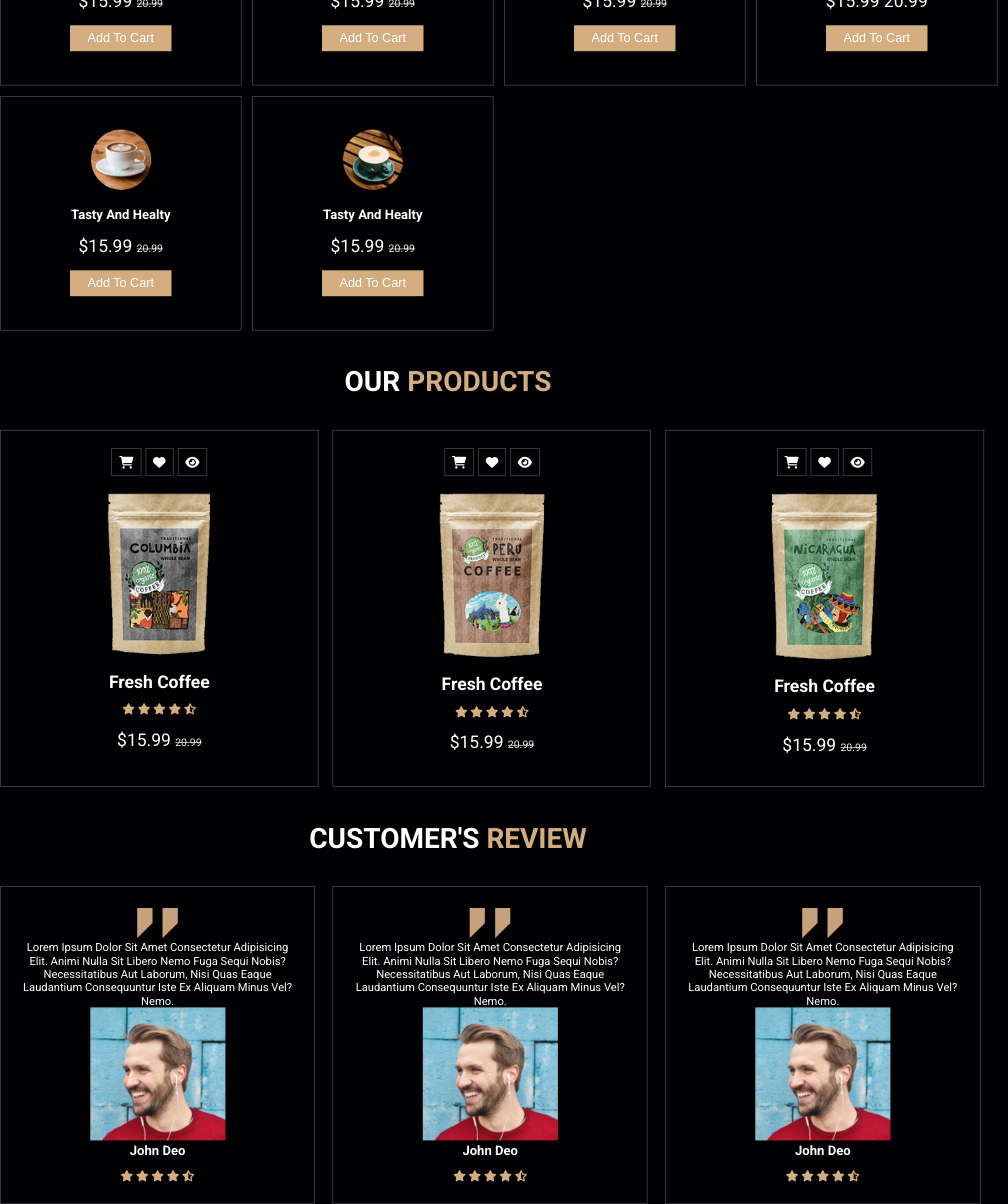
Repository: Dinhthai303/DinhThai
Page: index.html
An editor plug-in stored every save of this project. The page is shown before and after the next save, followed by the edit.
The browser window is 1280 px wide. The page is 1440 px wide, so the pictures cover 1440 px, including what lies to the right of the window. The pictures show the part of the page from y = 1953 to 3673 px (the page is 3673 px tall), at 70% of full size.

Above is the page before, as saved 2021-11-28 01:14:17.

### index.html
<!DOCTYPE html>
<html lang="en">

<head>
    <meta charset="UTF-8">
    <meta http-equiv="X-UA-Compatible" content="IE=edge">
    <meta name="viewport" content="width=device-width, initial-scale=1.0">
    <title>Document</title>
    <!-- FONT AWESOME -->
    <link rel="stylesheet" href="https://cdnjs.cloudflare.com/ajax/libs/font-awesome/6.0.0-beta3/css/all.min.css"
        integrity="sha512-Fo3rlrZj/k7ujTnHg4CGR2D7kSs0v4LLanw2qksYuRlEzO+tcaEPQogQ0KaoGN26/zrn20ImR1DfuLWnOo7aBA=="
        crossorigin="anonymous" referrerpolicy="no-referrer" />
    <!-- GOOLE FONT -->
    <link rel="preconnect" href="https://fonts.googleapis.com">
    <link rel="preconnect" href="https://fonts.gstatic.com" crossorigin>
    <link href="https://fonts.googleapis.com/css2?family=Roboto:wght@300;400;500;700&display=swap" rel="stylesheet">
    <!-- MAIN CSS -->
    <link rel="stylesheet" href="./css/style.css">
</head>

<body>
    <header class="header">
        <div class="container">
            <div class="header__content">
                <div class="header__logo">
                    <img src="./images/logo.png" alt="">
                </div>
                <ul class="header__menu">
                    <li class="header__item"><a class="header__link" href="#">Home</a></li>
                    <li class="header__item"><a class="header__link" href="#">About</a></li>
                    <li class="header__item"><a class="header__link" href="#">Menu</a></li>
                    <li class="header__item"><a class="header__link" href="#">Product</a></li>
                    <li class="header__item"><a class="header__link" href="#">Review</a></li>
                    <li class="header__item"><a class="header__link" href="#">Contact</a></li>
                    <li class="header__item"><a class="header__link" href="#">Blog</a></li>
                </ul>
                <div class="header__icon">
                    <i class="fa fa-search"></i>
                    <i class="fa fa-shopping-cart"></i>
                </div>
            </div>
        </div>
    </header>
    <section class="banner">
        <div class="banner__content">
            <img class="banner__image" src="./images/home-img.jpeg" alt="">
            <div class="banner__text">
                <h3 class="banner__title">FRESH COFFEE IN THE MORNING</h3>
                <p class="banner__desc">Lorem Ipsum, Dolor Sit Amet Consectetur Adipisicing Elit. Placeat Labore, Sint
                    Cupiditate Distinctio Tempora Reiciendis.</p>
                <button class="btn">Get Your now</button>
            </div>
        </div>
    </section>
    <section class="about">
        <h2 class="heading">About <span>us</span></h2>
        <div class="container">
            <div class="about__content">
                <div class="about__left">
                    <img class="about__image" src="./images/about-img.jpeg" alt="">
                </div>
                <div class="about__right">
                    <div class="about__text">
                        <h2 class="about__title">What Makes Our Coffee Special?</h2>
                        <p class="about__desc">Lorem Ipsum Dolor Sit Amet Consectetur Adipisicing Elit. Voluptatibus Qui
                            Ea Ullam, Enim Tempora Ipsum Fuga Alias Quae Ratione A Officiis Id Temporibus Autem? Quod
                            Nemo Facilis Cupiditate. Ex, Vel?</p>
                        <p class="about__desc">Lorem Ipsum Dolor Sit Amet Consectetur, Adipisicing Elit. Odit Amet Enim
                            Quod Veritatis, Nihil Voluptas Culpa! Neque Consectetur Obcaecati Sapiente?</p>
                        <button class="btn about__button">Learn More</button>
                    </div>
                </div>
            </div>
        </div>
    </section>
    <section class="menu">
        <h2 class="heading"><span>our</span> menu</h2>
        <div class="container">
            <div class="menu__content">
                <div class="menu__item">
                    <div class="menu__text">
                        <img src="./images/menu-1.png" alt="" class="menu__img">
                        <h3 class="menu__title">Tasty And Healty
                        </h3>
                        <div class="menu__price price">$15.99 <span class="menu__price--old old">20.99</span></div>
                        <button class="btn menu__button">Add To Cart</button>
                    </div>
                </div>
                <div class="menu__item">
                    <div class="menu__text">
                        <img src="./images/menu-2.png" alt="" class="menu__img">
                        <h3 class="menu__title">Tasty And Healty
                        </h3>
                        <div class="menu__price price">$15.99 <span class="menu__price--old old">20.99</span></div>
                        <button class="btn menu__button">Add To Cart</button>
                    </div>
                </div>
                <div class="menu__item">
                    <div class="menu__text">
                        <img src="./images/menu-3.png" alt="" class="menu__img">
                        <h3 class="menu__title">Tasty And Healty
                        </h3>
                        <div class="menu__price price">$15.99 <span class="menu__price--old old">20.99</span></div>
                        <button class="btn menu__button">Add To Cart</button>
                    </div>
                </div>
                <div class="menu__item">
                    <div class="menu__text">
                        <img src="./images/menu-4.png" alt="" class="menu__img">
                        <h3 class="menu__title">Tasty And Healty
                        </h3>
                        <div class="menu__price price">$15.99 <span class="menu__price--old price">20.99</span></div>
                        <button class="btn menu__button">Add To Cart</button>
                    </div>
                </div>
                <div class="menu__item">
                    <div class="menu__text">
                        <img src="./images/menu-5.png" alt="" class="menu__img">
                        <h3 class="menu__title">Tasty And Healty
                        </h3>
                        <div class="menu__price price">$15.99 <span class="menu__price--old old">20.99</span></div>
                        <button class="btn menu__button">Add To Cart</button>
                    </div>
                </div>
                <div class="menu__item">
                    <div class="menu__text">
                        <img src="./images/menu-6.png" alt="" class="menu__img">
                        <h3 class="menu__title">Tasty And Healty
                        </h3>
                        <div class="menu__price price">$15.99 <span class="menu__price--old old">20.99</span></div>
                        <button class="btn menu__button">Add To Cart</button>
                    </div>
                </div>
            </div>
        </div>
    </section>
    <section class="products">
        <h2 class="heading"><span>OUR</span> PRODUCTS</h2>
        <div class="container">
            <div class="products__content">
                <div class="products__item">
                    <div class="products__social">
                        <i class="fa fa-shopping-cart"></i>
                        <i class="fa fa-heart"></i>
                        <i class="fa fa-eye"></i>
                    </div>
                    <div class="products__img">
                        <img src="./images/product-2.png" alt="">
                    </div>
                    <h3 class="products__title">Fresh Coffee</h3>
                    <div class="star">
                        <i class="fa fa-star"></i>
                        <i class="fa fa-star"></i>
                        <i class="fa fa-star"></i>
                        <i class="fa fa-star"></i>
                        <i class="fa fa-star-half-alt"></i>
                    </div>
                    <div class="price">$15.99 <span class="old">20.99</span></div>
                </div>
                <div class="products__item">
                    <div class="products__social">
                        <i class="fa fa-shopping-cart"></i>
                        <i class="fa fa-heart"></i>
                        <i class="fa fa-eye"></i>
                    </div>
                    <div class="products__img">
                        <img src="./images/product-3.png" alt="">
                    </div>
                    <h3 class="products__title">Fresh Coffee</h3>
                    <div class="star">
                        <i class="fa fa-star"></i>
                        <i class="fa fa-star"></i>
                        <i class="fa fa-star"></i>
                        <i class="fa fa-star"></i>
                        <i class="fa fa-star-half-alt"></i>
                    </div>
                    <div class="price">$15.99 <span class="old">20.99</span></div>
                </div>
                <div class="products__item">
                    <div class="products__social">
                        <i class="fa fa-shopping-cart"></i>
                        <i class="fa fa-heart"></i>
                        <i class="fa fa-eye"></i>
                    </div>
                    <div class="products__img">
                        <img src="./images/product-1.png" alt="">
                    </div>
                    <h3 class="products__title">Fresh Coffee</h3>
                    <div class="star">
                        <i class="fa fa-star"></i>
                        <i class="fa fa-star"></i>
                        <i class="fa fa-star"></i>
                        <i class="fa fa-star"></i>
                        <i class="fa fa-star-half-alt"></i>
                    </div>
                    <div class="price">$15.99 <span class="old">20.99</span></div>
                </div>
            </div>
        </div>
    </section>
    <section class="review">
        <h2 class="heading"><span>CUSTOMER'S</span> REVIEW</h2>
        <div class="container">
            <div class="review__content">
                <div class="review__item">
                    <img src="./images/quote-img.png" alt="" class="review__top">
                    <p class="review__desc">Lorem Ipsum Dolor Sit Amet Consectetur Adipisicing Elit. Animi Nulla Sit
                        Libero Nemo Fuga Sequi Nobis? Necessitatibus Aut Laborum, Nisi Quas Eaque Laudantium
                        Consequuntur Iste Ex Aliquam Minus Vel? Nemo.</p>
                    <img src="./images/pic-1.png" alt="" class="review__avatar">
                    <h3 class="review__author">John Deo
                    </h3>
                    <div class="star">
                        <i class="fa fa-star"></i>
                        <i class="fa fa-star"></i>
                        <i class="fa fa-star"></i>
                        <i class="fa fa-star"></i>
                        <i class="fa fa-star-half-alt"></i>
                    </div>
                </div>
                <div class="review__item">
                    <img src="./images/quote-img.png" alt="" class="review__top">
                    <p class="review__desc">Lorem Ipsum Dolor Sit Amet Consectetur Adipisicing Elit. Animi Nulla Sit
                        Libero Nemo Fuga Sequi Nobis? Necessitatibus Aut Laborum, Nisi Quas Eaque Laudantium
                        Consequuntur Iste Ex Aliquam Minus Vel? Nemo.</p>
                    <img src="./images/pic-1.png" alt="" class="review__avatar">
                    <h3 class="review__author">John Deo
                    </h3>
                    <div class="star">
                        <i class="fa fa-star"></i>
                        <i class="fa fa-star"></i>
                        <i class="fa fa-star"></i>
                        <i class="fa fa-star"></i>
                        <i class="fa fa-star-half-alt"></i>
                    </div>
                </div>
                <div class="review__item">
                    <img src="./images/quote-img.png" alt="" class="review__top">
                    <p class="review__desc">Lorem Ipsum Dolor Sit Amet Consectetur Adipisicing Elit. Animi Nulla Sit
                        Libero Nemo Fuga Sequi Nobis? Necessitatibus Aut Laborum, Nisi Quas Eaque Laudantium
                        Consequuntur Iste Ex Aliquam Minus Vel? Nemo.</p>
                    <img src="./images/pic-1.png" alt="" class="review__avatar">
                    <h3 class="review__author">John Deo
                    </h3>
                    <div class="star">
                        <i class="fa fa-star"></i>
                        <i class="fa fa-star"></i>
                        <i class="fa fa-star"></i>
                        <i class="fa fa-star"></i>
                        <i class="fa fa-star-half-alt"></i>
                    </div>
                </div>
            </div>
        </div>
    </section>
    <section class="contact"></section>
    <section class="blog"></section>
    <footer class="footer"></footer>
</body>

</html>

### css/style.css
*{
    margin: 0;
    padding: 0;
    box-sizing: border-box;
}
body{
    font-family: 'Roboto', sans-serif;
    background-color: #010103;
    font-weight: 400;
    color: white;
}
.heading{
    color: #D3AD7F;
    text-transform: uppercase;
    font-size: 40px;
    text-align: center;
    margin-bottom: 45px;
    margin-top: 50px;
}
.heading span{
    color: white;
}
.container{
    width: 1440px;
    margin: 0 auto;
}
.header{
    background-color: #010103;
    border-bottom: 1px solid #4D4E4F;
}
.header__content{
    display: flex;
    justify-content: space-between;
    align-items: center;
    background-color: #010103;
    padding: 15px 0;
}
.header__menu{
    display: flex;
    list-style: none;
    gap: 20px;
}
.header__item:hover .header__link{
    color: #D3AD7F;
}
.header__item:hover .header__link::after{
    opacity: 1;
    transform: translateY(7px);
}
.header__link::after{
    content: "";
    width: 100%;
    height: 2px;
    position: absolute;
    left: 0;
    bottom: 0;
    background-color: #D3AD7F;
    transition: all .5s;
    opacity: 0;
}
.header__link{
    position: relative;
    color: white;
    text-decoration: none;
}
.header__icon i{
    color: white;
    font-size: 23px;
    margin: 0 10px;
    cursor: pointer;
}
.header__icon i:hover{
    color: #D3AD7F;
}
.header__logo img{
    width: 70px;
}
.banner__content{
    position: relative;
    width: 100%;
    height: 850px;
}
.banner__image{
    width: 100%;
    height: 100%;
    object-fit: cover;
}
.banner__text{
    position: absolute;
    top: 50%;
    left: 120px;
    transform: translateY(-50%);
    width: 570px;
}
.banner__title{
    font-size: 58px;
    color: white;
}
.banner__desc{
    font-size: 20px;
    color: rgb(238, 238, 238);
    font-weight: lighter;
    line-height: 1.8;
    margin: 20px 0;
}
.btn{
    background-color: #D3AD7F;
    border: none;
    color: white;
    padding: 8px 25px;
    font-size: 18px;
    cursor: pointer;
    transition: all .25s;
}
.btn:hover{
    letter-spacing: 1px;
}
.menu__text{
    width: 300px;
}
.menu__item:hover{
    background-color: white;
}
.menu__item:hover *{
    color: black;
}
.about__image{
    width: 100%;
    display: block;
}
.about__left, .about__right{
    width: 50%;
}
.about__content{
    display: flex;
}
.about__title{
    color: white;
    font-size: 30px;
}
.about__right{
    display: flex;
    align-items: center;
}
.about__desc{
    color: rgb(238, 238, 238);
    margin-top: 10px;
    line-height: 1.8;
}
.about__button{
    margin-top: 25px;
}
.about__text{
    margin-left: 20px;
}
.menu__content{
    display: flex;
    flex-wrap: wrap;
    gap: 15px;
}
.menu__item{
    width: calc(25% - 15px);
    border: 1px solid #4D4E4F;
    height: 335px;
    text-align: center;
    display: flex;
    justify-content: center;
    align-items: center;
    transition: all .25s;
}
.menu__title{
    color: white;
    margin-top: 20px;
}
.price{
    color: white;
    font-size: 25px;
    margin: 20px 0;
}
.old{
    color: rgb(238, 238, 238);
    text-decoration: line-through;
    font-size: 15px;
}
.products__content{
    display: flex;
    gap: 20px;
}
.products__item{
    width: calc(33% - 20px);
    border: 1px solid #4D4E4F;
    text-align: center;
    padding: 25px 0;
}
.products__title{
    color: white;
    margin-top: 20px;
    font-size: 25px;
}
.products__social{
    margin-bottom: 25px;
}
.products__social i:hover {
    background-color: #D3AD7F;
}
.products__social i {
    color: white;
    padding: 10px 10px;
    border: 1px solid #4D4E4F;
    font-size: 18px;
    margin: 0 1px;
    cursor: pointer;
}
.star {
    color: #D3AD7F;
    margin-top: 15px;
}
.review__content{
    display: flex;
    gap: 25px;
}
.review__item{
    width: calc(33% - 25px);
    border: 1px solid #4D4E4F;
    text-align: center;
    padding: 30px 25px;
}

After the next save:
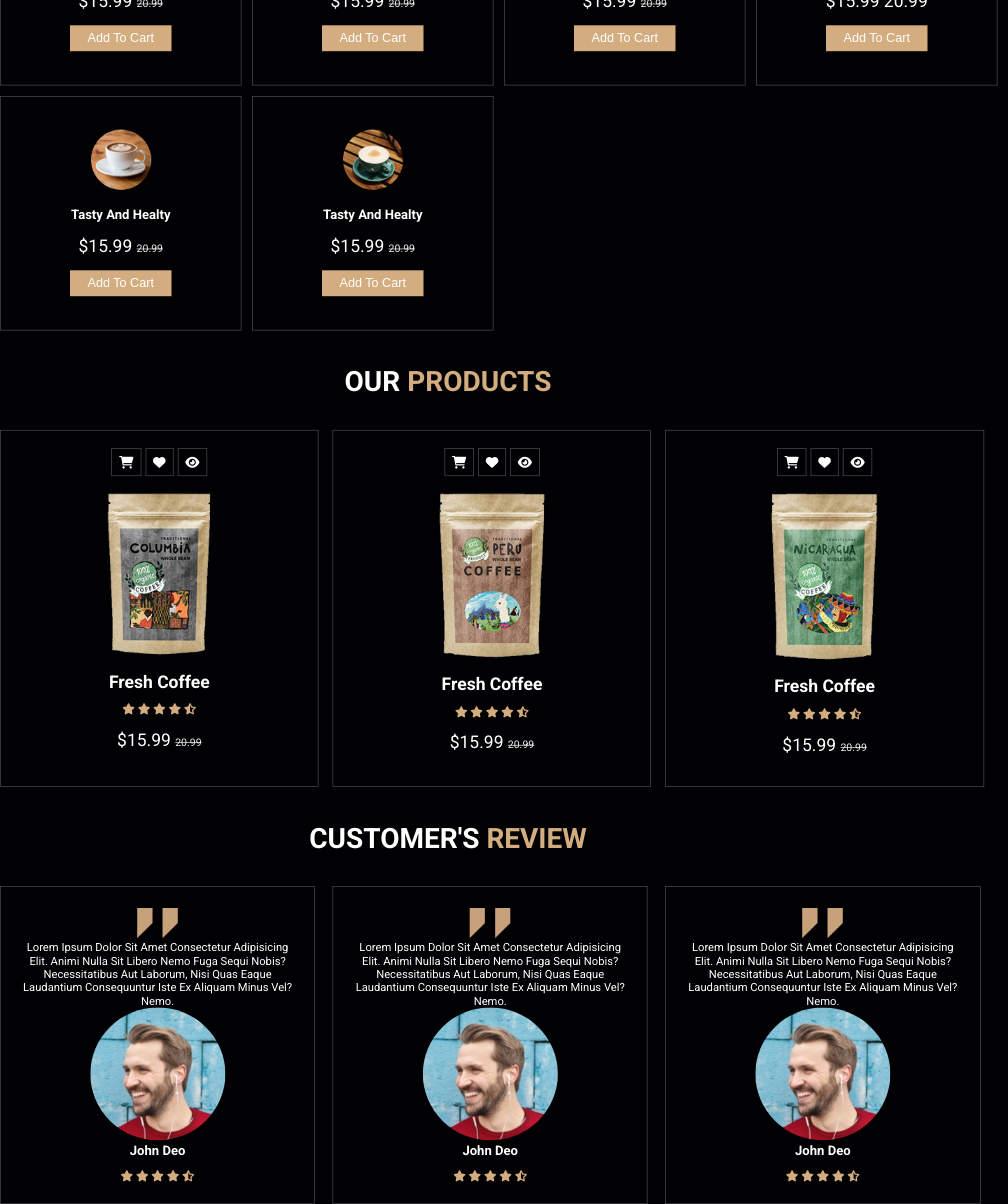
Saved 31 s later.
--- a/css/style.css
+++ b/css/style.css
@@ -225,3 +225,6 @@ body{
     text-align: center;
     padding: 30px 25px;
 }
+.review__avatar{
+    border-radius: 50%;
+}
